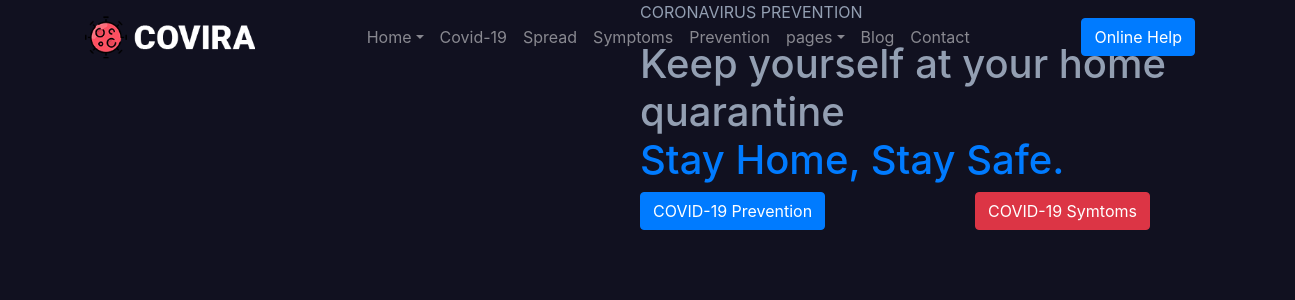
Repository: sitikhusushan/corona_updates
Page: index.html
These files come from the project's save history. The page is drawn as it stood at one moment and after the next save; the edit follows.
The browser window is 1280 px wide. The page is 1295 px wide, then 1280 px, so the pictures cover 1295 px, including what lies to the right of the window. The pictures show the whole page.

Above is the page before, as saved 2020-06-04 14:58:41.

After the next save:
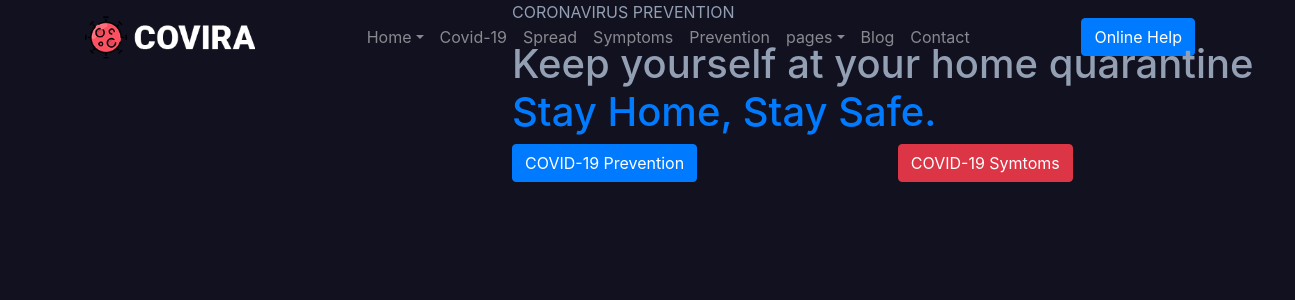
Saved 32 s later.
--- a/style.css
+++ b/style.css
@@ -10,7 +10,7 @@ nav .container .logo img {
 .prevention {
   position: absolute;
   top: 0%;
-  left: 50%;
+  left: 40%;
 }
 
 @font-face {
